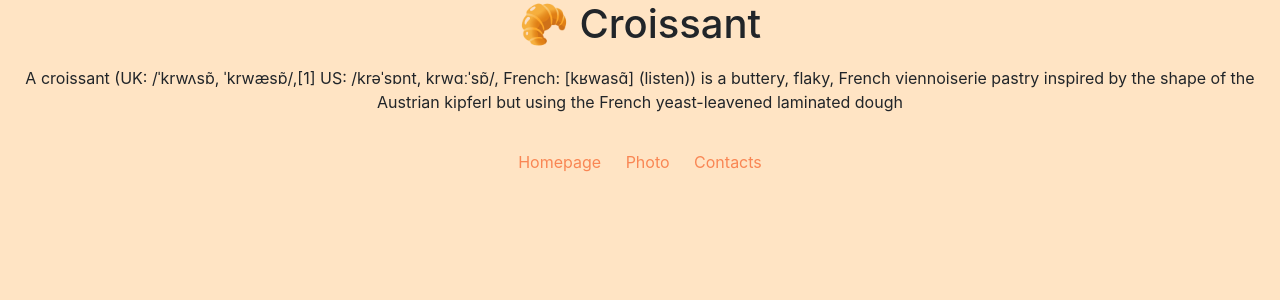
Repository: Bohoutdinova/Croissant
Page: index.html
An editor plug-in stored every save of this project. The page is shown before and after the next save, followed by the edit.
The browser window is 1280 px wide. The pictures show the whole page.

Above is the page before, as saved 2022-08-09 15:29:43.

### index.html
<!DOCTYPE html>
<html lang="en">
  <head>
    <meta charset="UTF-8" />
    <meta http-equiv="X-UA-Compatible" content="IE=edge" />
    <meta name="viewport" content="width=device-width, initial-scale=1.0" />
    <title>The best croissant in Vancouver - Croissant.com</title>
    <meta name="description" conten="Taste the best croissant in town" />
    <link
      rel="stylesheet"
      href="https://cdn.jsdelivr.net/npm/bootstrap@4.3.1/dist/css/bootstrap.min.css"
      integrity="sha384-ggOyR0iXCbMQv3Xipma34MD+dH/1fQ784/j6cY/iJTQUOhcWr7x9JvoRxT2MZw1T"
      crossorigin="anonymous"
    />
    <link rel="stylesheet" href="/src/style.css" />
  </head>
  <body>
    <h1 class="header-main">🥐 Croissant</h1>
    <div class="main-info">
      <p>
        A croissant (UK: /ˈkrwʌsɒ̃, ˈkrwæsɒ̃/,[1] US: /krəˈsɒnt, krwɑːˈsɒ̃/,
        French: [kʁwasɑ̃] (listen)) is a buttery, flaky, French viennoiserie
        pastry inspired by the shape of the Austrian kipferl but using the
        French yeast-leavened laminated dough
      </p>
    </div>
    <div class="container">
      <a class="main-link" href="/index.html">Homepage</a>
      <a class="main-link" href="/photo.html">Photo</a>
      <a class="main-link" href="/contact.html">Contacts</a>
    </div>
  </body>
</html>

### src/style.css
body {
  background-color: bisque;
}
h1 {
  text-align: center;
}
p {
  text-align: center;
}
.container {
  text-align: center;
  margin: 10px auto;
}
.main-link {
  padding: 10px;
  color: #f98654;
}
img {
  border-radius: 10px;
  display: block;
  margin: 30px auto;
}
.main-info {
  padding: 10px;
}

After the next save:
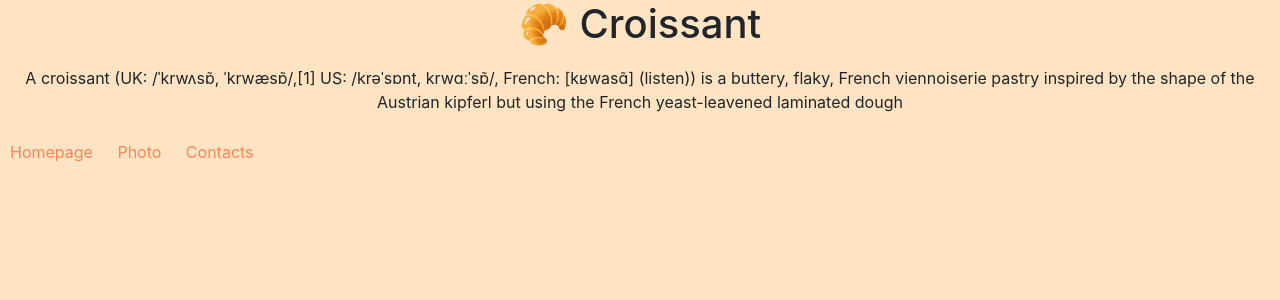
Saved 56 s later.
--- a/index.html
+++ b/index.html
@@ -24,10 +24,10 @@
         French yeast-leavened laminated dough
       </p>
     </div>
-    <div class="container">
+    <footer>
       <a class="main-link" href="/index.html">Homepage</a>
       <a class="main-link" href="/photo.html">Photo</a>
       <a class="main-link" href="/contact.html">Contacts</a>
-    </div>
+    </footer>
   </body>
 </html>
